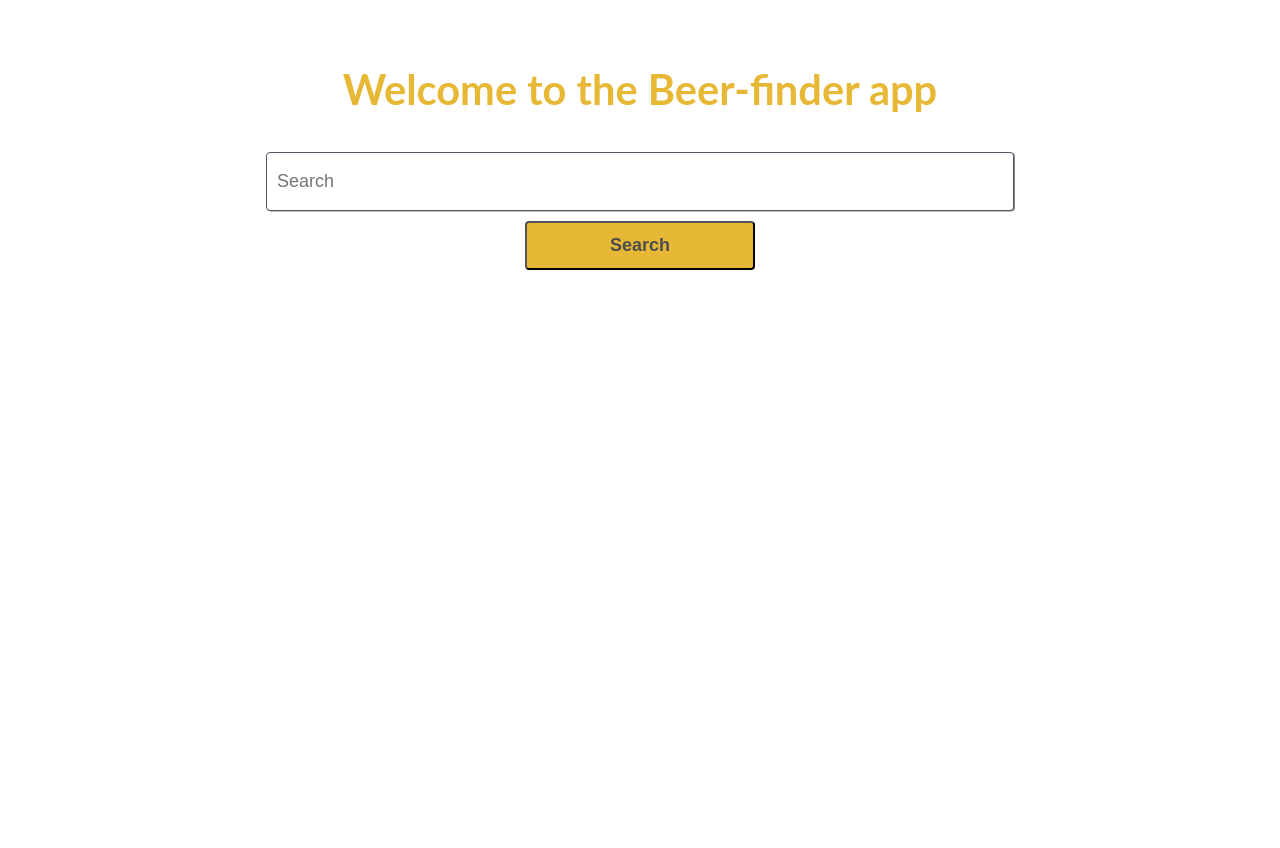
Repository: marcinszymaszek/beer-finder
Page: /
The author's editor kept a copy of each file at every save. The page is drawn from the files as they stood at one save, then again after the next save.
The browser window is 1280 px wide. The pictures show the whole page.
The project was rebuilt for these pictures with package versions that can differ from the ones it lists, and the page was loaded fresh each time.

Above is the page before, as saved 2020-05-10 20:41:16.

### public/index.html
<!DOCTYPE html>
<html lang="en">
  <head>
    <meta charset="utf-8" />
    <link rel="icon" href="%PUBLIC_URL%/favicon.ico" />
    <meta name="viewport" content="width=device-width, initial-scale=1" />
    <meta name="theme-color" content="#000000" />
    <meta
      name="description"
      content="Web site created using create-react-app"
    />
    <link rel="apple-touch-icon" href="%PUBLIC_URL%/logo192.png" />
    <!--
      manifest.json provides metadata used when your web app is installed on a
      user's mobile device or desktop. See https://developers.google.com/web/fundamentals/web-app-manifest/
    -->
    <link rel="manifest" href="%PUBLIC_URL%/manifest.json" />
    <!--
      Notice the use of %PUBLIC_URL% in the tags above.
      It will be replaced with the URL of the `public` folder during the build.
      Only files inside the `public` folder can be referenced from the HTML.

      Unlike "/favicon.ico" or "favicon.ico", "%PUBLIC_URL%/favicon.ico" will
      work correctly both with client-side routing and a non-root public URL.
      Learn how to configure a non-root public URL by running `npm run build`.
    -->
    <title>Beer-finder App</title>
  </head>
  <body>
    <noscript>You need to enable JavaScript to run this app.</noscript>
    <div id="root"></div>
    <!--
      This HTML file is a template.
      If you open it directly in the browser, you will see an empty page.

      You can add webfonts, meta tags, or analytics to this file.
      The build step will place the bundled scripts into the <body> tag.

      To begin the development, run `npm start` or `yarn start`.
      To create a production bundle, use `npm run build` or `yarn build`.
    -->
  </body>
</html>

### src/index.js
import React from 'react';
import ReactDOM from 'react-dom';
import './index.css';
import App from './components/main/App';
import * as serviceWorker from './serviceWorker';

ReactDOM.render(
  <React.StrictMode>
    <App />
  </React.StrictMode>,
  document.getElementById('root')
);

// If you want your app to work offline and load faster, you can change
// unregister() to register() below. Note this comes with some pitfalls.
// Learn more about service workers: https://bit.ly/CRA-PWA
serviceWorker.unregister();

### src/components/main/App.js
import React, { useState, useEffect } from 'react';
import './App.css';
import Search from '../search/Search'


const App = () => {

  return (
    <div className="main-container">
      <h1 className="app-title">Welcome to the Beer-finder app</h1>
      <Search />


    </div>
  );
}

export default App;

### src/components/main/App.css
.main-container {
  font-family: Lato, sans-serif;
  font-size: 1.5em;
  height: 100vh;
  line-height: 20px;
  font-size: 1.3rem;
  text-align: center;
  margin: 5% 20%;
  color: #e7b835;
}

.app-title{
  line-height: normal;
}

@media (max-width: 1199px)  {
  .main-container  {
    font-size: 1.2em;
  }
}

@media (max-width: 576px)  {
  .main-container  {
    height: auto;
    margin-bottom: 20%;
    margin-left: 15%;
    margin-right: 15%;
  }
}

### src/components/search/Search.js
import React, { useState, useEffect } from 'react';
import './Search.css';


const Search = () => {

    return (
        <div className="inline-container">
            <input name="text" type="text" placeholder="Search" />
            <button>Search</button>
        </div>
    )
}

export default Search;

### src/components/search/Search.css
.inline-container {
    display: flex;
    flex-flow: wrap;
    align-content: center;
    align-items: stretch;
    justify-content: space-around;
}

input {
    width: 100%;
    margin: 10px;
    padding: 18px 10px;
    border-radius: 4px;
    border: 1px solid #4e5766;
    box-shadow: 1px 0.5px #888888;
    font-size: 18px;
}

    button {
        padding: 12px 10px;
        width: 30%;
        border-radius: 4px;
        background-color: #e7b835;
        color: #4d4d4d;
        cursor: pointer;
        font-size: 18px;
        font-weight: 700;
    }


@media (max-width: 767px)  {
    .inline-container {
        justify-content: space-evenly;
    }
}

@media (max-width: 576px)  {
    input {
        width: 100%;
        margin: 20px 0px;
        padding: 18px 10px;
    }

    button {
        width: 100%;
    }
  }

Loaded but not shown: src/index.css (common file); src/serviceWorker.js (common file)

After the next save:
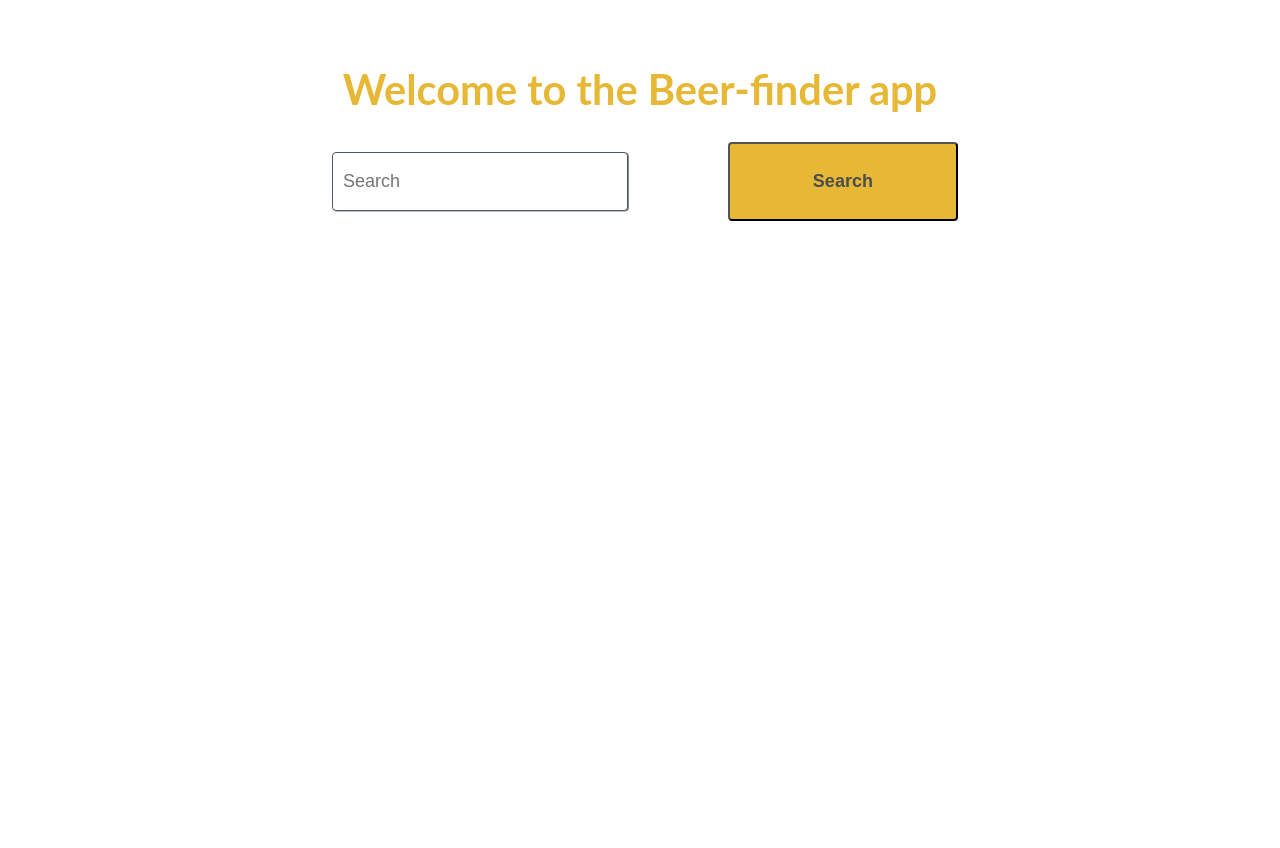
Saved 21 s later.
--- a/src/components/search/Search.js
+++ b/src/components/search/Search.js
@@ -6,7 +6,9 @@ const Search = () => {
 
     return (
         <div className="inline-container">
-            <input name="text" type="text" placeholder="Search" />
+            <div>
+                <input name="text" type="text" placeholder="Search" />
+            </div>
             <button>Search</button>
         </div>
     )
